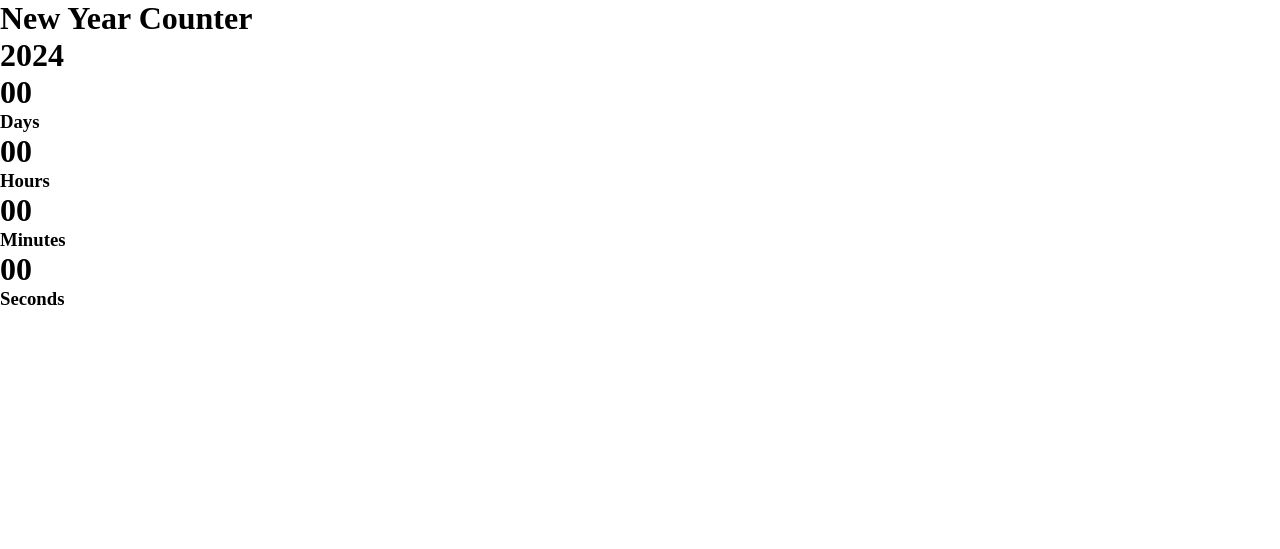
Repository: JunaidAnsari202/New-Year-counter
Page: index.html
These files come from the project's save history. The page is drawn as it stood at one moment and after a run of saves; the edit follows.
The browser window is 1280 px wide. The pictures show the whole page.

Above is the page before, as saved 2024-11-13 15:18:41.
Console error: SyntaxError: Unexpected end of input

After the next 19 saves:
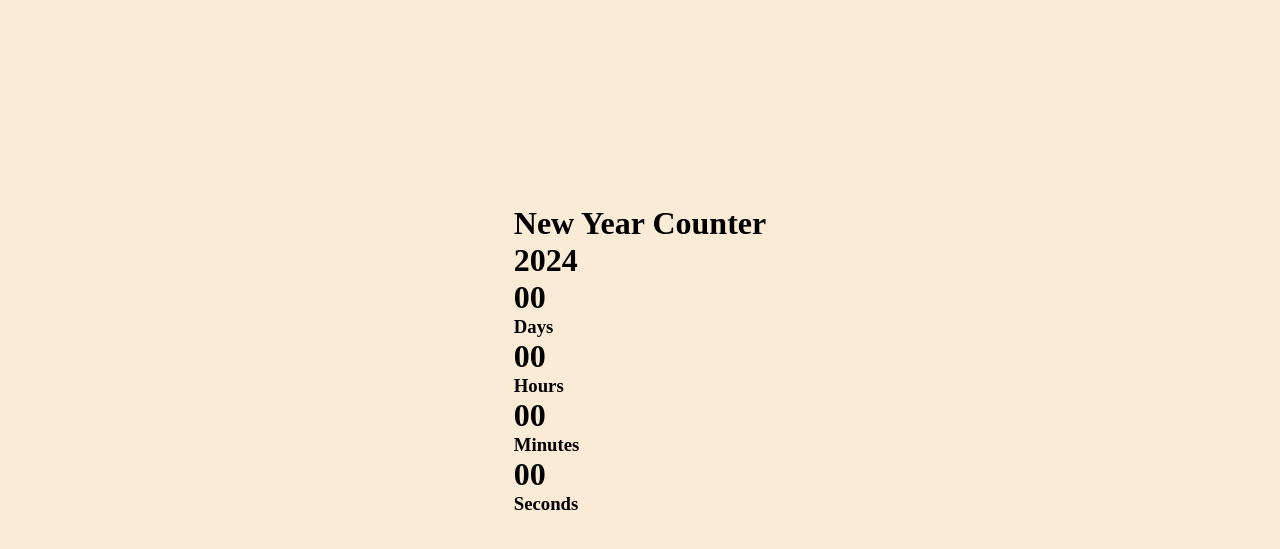
The 19 saves are shown as one change because they came seconds apart.
The last was saved 33 s later.
--- a/style.css
+++ b/style.css
@@ -5,5 +5,9 @@
 }
 
 body{
-    background-color: ;
+    background-color: antiquewhite;
+    display: flex;
+    justify-content: center;
+    align-items: center;
+    height: 100vh;
 }
